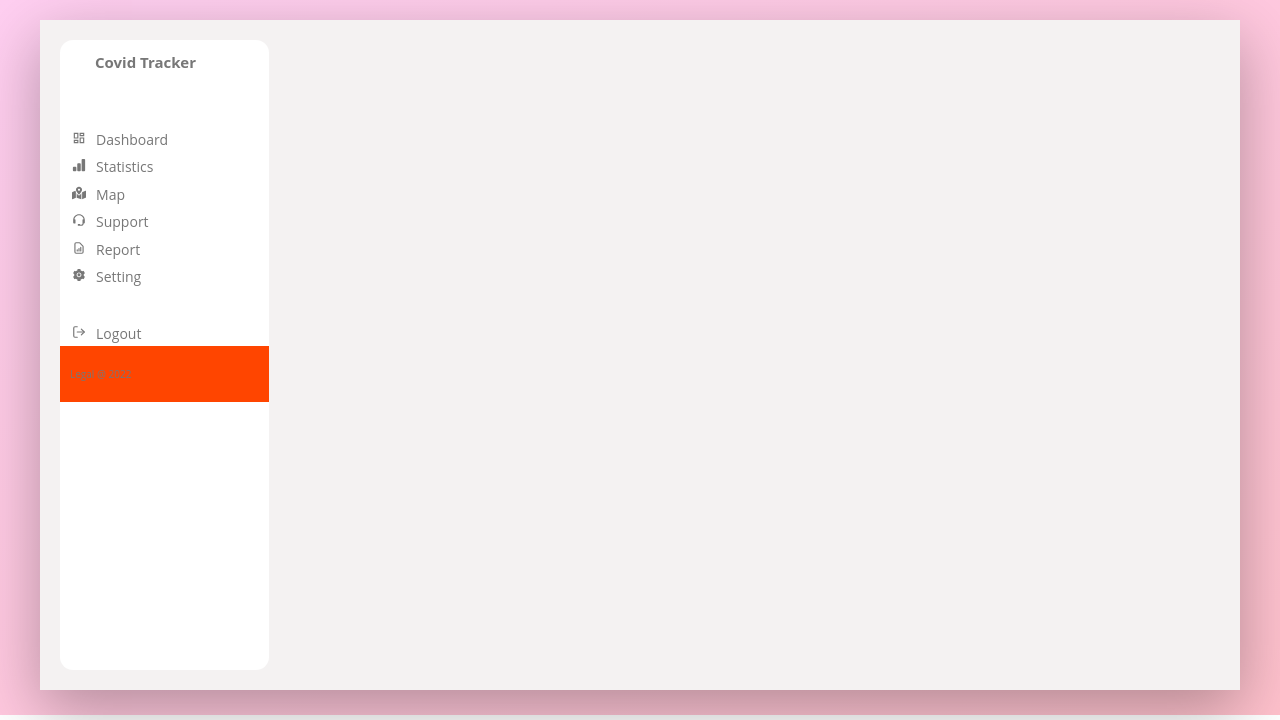
Repository: okidijimmy200/CovidAdminTracker
Page: /
These files come from the project's save history. The page is drawn as it stood at one moment and after the next save; the edit follows.
The browser window is 1280 px wide. The pictures show the whole page.
The project was rebuilt for these pictures with package versions that can differ from the ones it lists, and the page was loaded fresh each time.

Above is the page before, as saved 2022-06-16 12:09:44.

### public/index.html
<!DOCTYPE html>
<html lang="en">
  <head>
    <meta charset="utf-8" />
    <link rel="icon" href="%PUBLIC_URL%/favicon.ico" />
    <meta name="viewport" content="width=device-width, initial-scale=1" />
    <meta name="theme-color" content="#000000" />
    <meta
      name="description"
      content="Web site created using create-react-app"
    />
    <link rel="apple-touch-icon" href="%PUBLIC_URL%/logo192.png" />
    <!--
      manifest.json provides metadata used when your web app is installed on a
      user's mobile device or desktop. See https://developers.google.com/web/fundamentals/web-app-manifest/
    -->
    <link rel="manifest" href="%PUBLIC_URL%/manifest.json" />
    <!--
      Notice the use of %PUBLIC_URL% in the tags above.
      It will be replaced with the URL of the `public` folder during the build.
      Only files inside the `public` folder can be referenced from the HTML.

      Unlike "/favicon.ico" or "favicon.ico", "%PUBLIC_URL%/favicon.ico" will
      work correctly both with client-side routing and a non-root public URL.
      Learn how to configure a non-root public URL by running `npm run build`.
    -->
    <title>Covid Admin Tracker</title>
  </head>
  <body>
    <noscript>You need to enable JavaScript to run this app.</noscript>
    <div id="root"></div>
    <!--
      This HTML file is a template.
      If you open it directly in the browser, you will see an empty page.

      You can add webfonts, meta tags, or analytics to this file.
      The build step will place the bundled scripts into the <body> tag.

      To begin the development, run `npm start` or `yarn start`.
      To create a production bundle, use `npm run build` or `yarn build`.
    -->
  </body>
</html>

### src/index.scss
:root {
  --color-primary:#eb2f64;
  --color-primary-light:#ffcff1;
  --color-primary-dark:#ffc1cc;
  --color-grey-light-1: #faf9f9;
  --color-grey-light-2: #f4f2f2;
  --color-grey-light-3: #f0eeee;
  --color-grey-light-4: #ccc;
  --color-grey-dark-1: #333;
  --color-grey-dark-2: #777;
  --color-grey-dark-3: #999;

  // creating variable for box
  --shadow-dark: 0 2rem 6rem rgba(0, 0, 0, 0.3);

  --shadow-light: 0 2rem 5rem rgba(0,0,0,.06);
}


* {
  margin: 0;
  padding: 0;
}
*,
*::before,
*::after {
  box-sizing: inherit;
}

html {
  box-sizing: border-box;
  font-size: 62.5%;

}

body {
  font-family: 'Open Sans', sans-serif;
  font-weight: 400;
  line-height: 1.6;
  color: var(--color-grey-dark-2);
  background-image: linear-gradient(to right bottom, var(--color-primary-light), var(--color-primary-dark));
  background-size: cover;
  background-repeat: no-repeat;
  min-height: 96.5vh;
}

### src/App.tsx
import React from 'react';
import Sidebar from './sidebar/sidebar';
import Content from './core/content';
import './App.scss';

function App() {
  return (
    <div data-testid='container' className="container">
      <div className="content">
      <Sidebar />
      <Content />
      </div>

    </div>
  );
}

export default App;

### src/sidebar/sidebar.tsx
import React from 'react'
import {MdOutlineDashboard  } from 'react-icons/md'
import { BsFillBarChartFill } from 'react-icons/bs'
import { FaMapMarkedAlt } from 'react-icons/fa'
import { BiSupport } from 'react-icons/bi'
import { HiOutlineDocumentReport } from 'react-icons/hi'
import { AiFillSetting } from 'react-icons/ai'
import { FiLogOut } from 'react-icons/fi'

import './sidebar.scss'

export default function sidebar() {
  return (
    <>
    <nav className="sidebar">
        <h2 className='title'>Covid Tracker</h2>
        <div className='sidebar-flex'>
            <div>
            <ul className="side-nav">
            <li className="side-nav__item side-nav__item--active">
                <span className='side-nav__icon'><MdOutlineDashboard /></span>
                    <span>Dashboard</span>
            </li>
            <li className="side-nav__item">
                {/* <a href="#" class="side-nav__link"> */}
                    <span className="side-nav__icon">
                        <BsFillBarChartFill />
                        {/* <use xlink:href="img/spritspam#icon-aircraft-take-off"></use> */}
                    </span>
                    <span>Statistics</span>
                {/* </a> */}
            </li>
            <li className="side-nav__item">
                {/* <a href="#" class="side-nav__link"> */}
                    <span className="side-nav__icon">
                        <FaMapMarkedAlt />
                        {/* <use xlink:href="img/sprite.svg#icon-key"></use> */}
                    </span>
                    <span>Map</span>
                {/* </a> */}
            </li>
            <li className="side-nav__item">
                {/* <a href="#" className="side-nav__link"> */}
                    <span className="side-nav__icon">
                        {/* <use xlink:href="img/sprite.svg#icon-map"></use> */}
                        <BiSupport />
                    </span>
                    <span>Support</span>
                {/* </a> */}
            </li>
            <li className="side-nav__item">
                {/* <a href="#" className="side-nav__link"> */}
                    <span className="side-nav__icon">
                        {/* <use xlink:href="img/sprite.svg#icon-map"></use> */}
                        <HiOutlineDocumentReport />
                    </span>
                    <span>Report</span>
                {/* </a> */}
            </li>
            <li className="side-nav__item">
                {/* <a href="#" className="side-nav__link"> */}
                    <span className="side-nav__icon">
                        {/* <use xlink:href="img/sprite.svg#icon-map"></use> */}
                        <AiFillSetting />
                    </span>
                    <span>Setting</span>
                {/* </a> */}
            </li>
        </ul>
            </div>
            <div>
                <ul className="side-nav">
                <li className="side-nav__item">
                <span className="side-nav__icon">
                        {/* <use xlink:href="img/sprite.svg#icon-map"></use> */}
                        <FiLogOut />
                    </span>
                <span>Logout</span>
            </li>
                </ul>

            </div>

        <div className="download">
            Legal @ 2022
        </div>
        </div>
    </nav>
</>
  )
}

### src/core/content.tsx
import React from 'react'

import './content.scss'

export default function Content() {
  return (
    <main className="hotel-view">
    </main>
  )
}

### src/App.scss
.container {
  max-width: 120rem;
  // centering in the view port
  margin: 2rem auto;
  background-color: var(--color-grey-light-2);
  // box-shadow:;
  box-shadow: var(--shadow-dark);

  // min height for testing
  // min-height: 60rem;

}

.content {
  display: flex;
  min-height: 93vh;
  padding: 2rem;
}

### src/sidebar/sidebar.scss

.sidebar {
    // styling the sidebar
    background-color: #fff;
    // flex property to define width, grow 0, shrink 0
    flex: 0 0 18%;
    // to create alot of space in the container for legal text
    border-radius: 1.3rem;
}

.side-nav {
    // adding font size
    font-size: 1.4rem;
    list-style: none;
    margin-top: 3.5rem;

   &__item {
       // parent element set to relative to element the hover effect
       position: relative;
       cursor: pointer;
       margin-left: 1.2rem;

       // to create space btn the items
       &:not(:last-child) {
           margin-bottom: .5rem;
       }
   }

   // this shd be visible only when we hover the item
   &__item:hover::before,
   // to make one of the li items initially highlighted
   &__item--active::before {
       width: 100%;
   }

   // to show the item as selected
   &__item:active::before {
       background-color: #fff;
   }


   &__link:link,
   &__link:visited {
    //    color: var(--color-grey-light-1);
       text-decoration: none;
       text-transform: uppercase;
       display: inline-block;
       padding: 1.5rem 3rem;
       // z-index only works with positioning
       position: relative;
       z-index: 10;
       // to align items in straight line
       display: flex;
       align-items: center;
   }

   &__icon {
       // reduce size of icons
       width: 1.75rem;
       height: 1.75rem;
       margin-right: 1rem;
       // current color is the color of the current element
       fill:currentColor;
   }
}
.logout {
    margin-top: 10rem;
}
.sidebar-flex {
    display: flex;
    flex-direction: column;
    height: 45rem;
}
.title {
    padding: 1rem 2rem 2rem 3.5rem;
}

.download {
    padding: 2rem 1rem;
    background-color: orangered;
}

### src/core/content.scss
.hotel-view {
    // background-color: #fff;
    // to make the hotel-view cover up the remaining space
    flex: 1;
    margin-left: 2rem;
}

Loaded but not shown: src/index.tsx (common file); src/reportWebVitals.ts (common file)

After the next save:
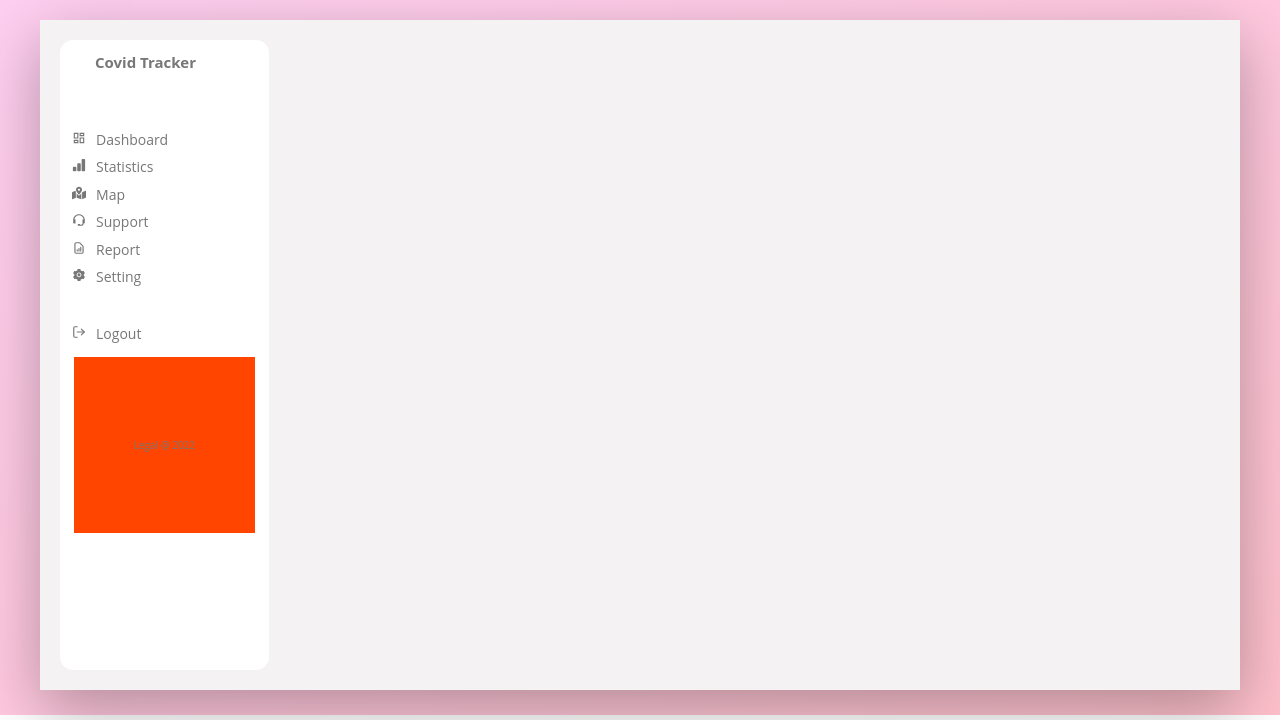
Saved 2 min 30 s later.
--- a/src/sidebar/sidebar.scss
+++ b/src/sidebar/sidebar.scss
@@ -76,6 +76,7 @@
 }
 
 .download {
-    padding: 2rem 1rem;
+    padding: 8rem 6rem;
+    margin: auto;
     background-color: orangered;
 }
